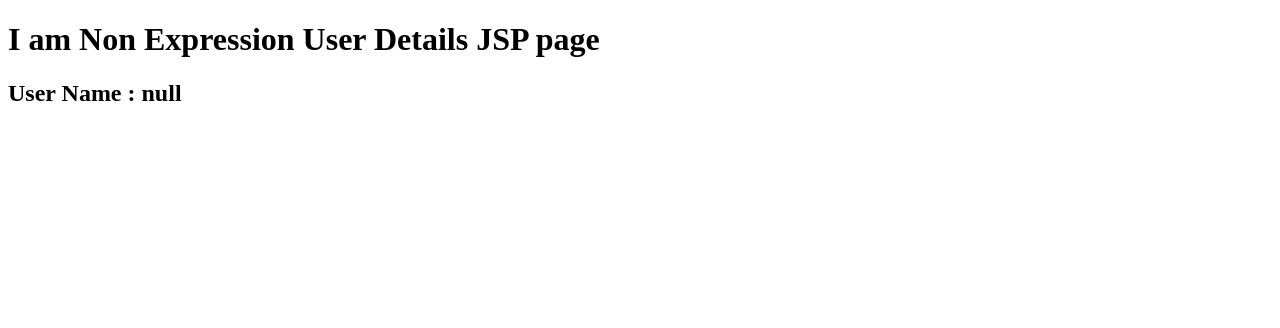
Repository: Nitin-Kalshetty/Training_Java
Page: http://localhost/first_jsp/control.do
The author's editor kept a copy of each file at every save. The page is drawn from the files as they stood at one save, then again after the next save.
The browser window is 1280 px wide. The pictures show the whole page.
The page is served by Tomcat 9.

Above is the page before, as saved 2023-05-26 09:56:49.

### first_jsp/src/main/webapp/nonexpression.jsp
<!DOCTYPE html>
<html>
<head>
<meta charset="UTF-8">
<title>Insert title here</title>
</head>
<body>
<h1>I am Non Expression User Details JSP page</h1>
<h2>User Name :
	<% out.println(request.getAttribute("username")); %>
   </h2>
</body>
</html>

### first_jsp/src/main/java/com/rocker/controller/Controller.java
package com.rocker.controller;

import java.io.IOException;

import javax.servlet.RequestDispatcher;
import javax.servlet.ServletException;
import javax.servlet.http.HttpServlet;
import javax.servlet.http.HttpServletRequest;
import javax.servlet.http.HttpServletResponse;

/**
 * Servlet implementation class Controller
 */
public class Controller extends HttpServlet {
	private static final long serialVersionUID = 1L;

    /**
     * @see HttpServlet#HttpServlet()
     */
    public Controller() {
        super();
        // TODO Auto-generated constructor stub
    }

	/**
	 * @see HttpServlet#doGet(HttpServletRequest request, HttpServletResponse response)
	 */
	protected void doGet(HttpServletRequest request, HttpServletResponse response) throws ServletException, IOException {
		request.setAttribute("username",request.getParameter("userName"));
		request.setAttribute("password",request.getParameter("password"));
		request.setAttribute("city",request.getParameter("city"));
		request.setAttribute("mobile",request.getParameter("mobile"));
		request.setAttribute("address",request.getParameter("address"));
//		RequestDispatcher rd = request.getRequestDispatcher("userdetails.jsp");
		RequestDispatcher rd = request.getRequestDispatcher("nonexpression.jsp");
		rd.forward(request, response);
	}

	/**
	 * @see HttpServlet#doPost(HttpServletRequest request, HttpServletResponse response)
	 */
	protected void doPost(HttpServletRequest request, HttpServletResponse response) throws ServletException, IOException {
		// TODO Auto-generated method stub
		doGet(request, response);
	}

}

After the next save:
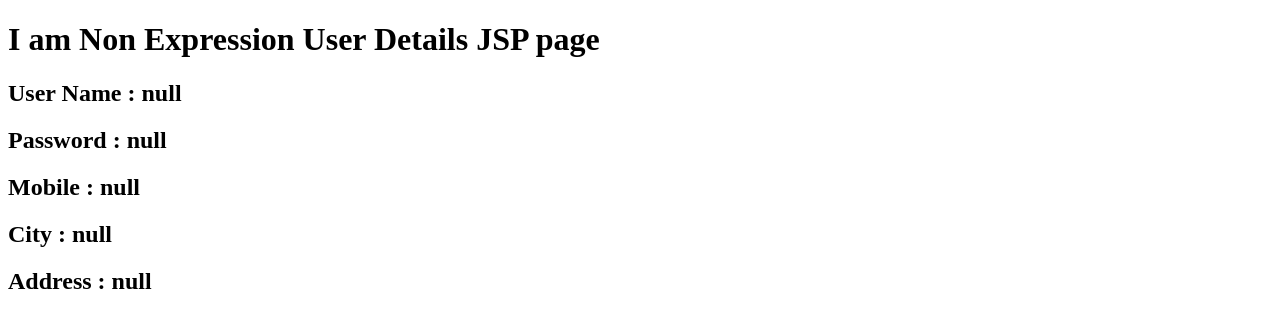
Saved 103 s later.
--- a/first_jsp/src/main/webapp/nonexpression.jsp
+++ b/first_jsp/src/main/webapp/nonexpression.jsp
@@ -9,5 +9,17 @@
 <h2>User Name :
 	<% out.println(request.getAttribute("username")); %>
    </h2>
+   <h2>Password :
+	<% out.println(request.getAttribute("password")); %>
+   </h2>
+   <h2>Mobile :
+	<% out.println(request.getAttribute("mobile")); %>
+   </h2>
+   <h2>City :
+	<% out.println(request.getAttribute("city")); %>
+   </h2>
+   <h2>Address :
+	<% out.println(request.getAttribute("address")); %>
+   </h2>
 </body>
 </html>
